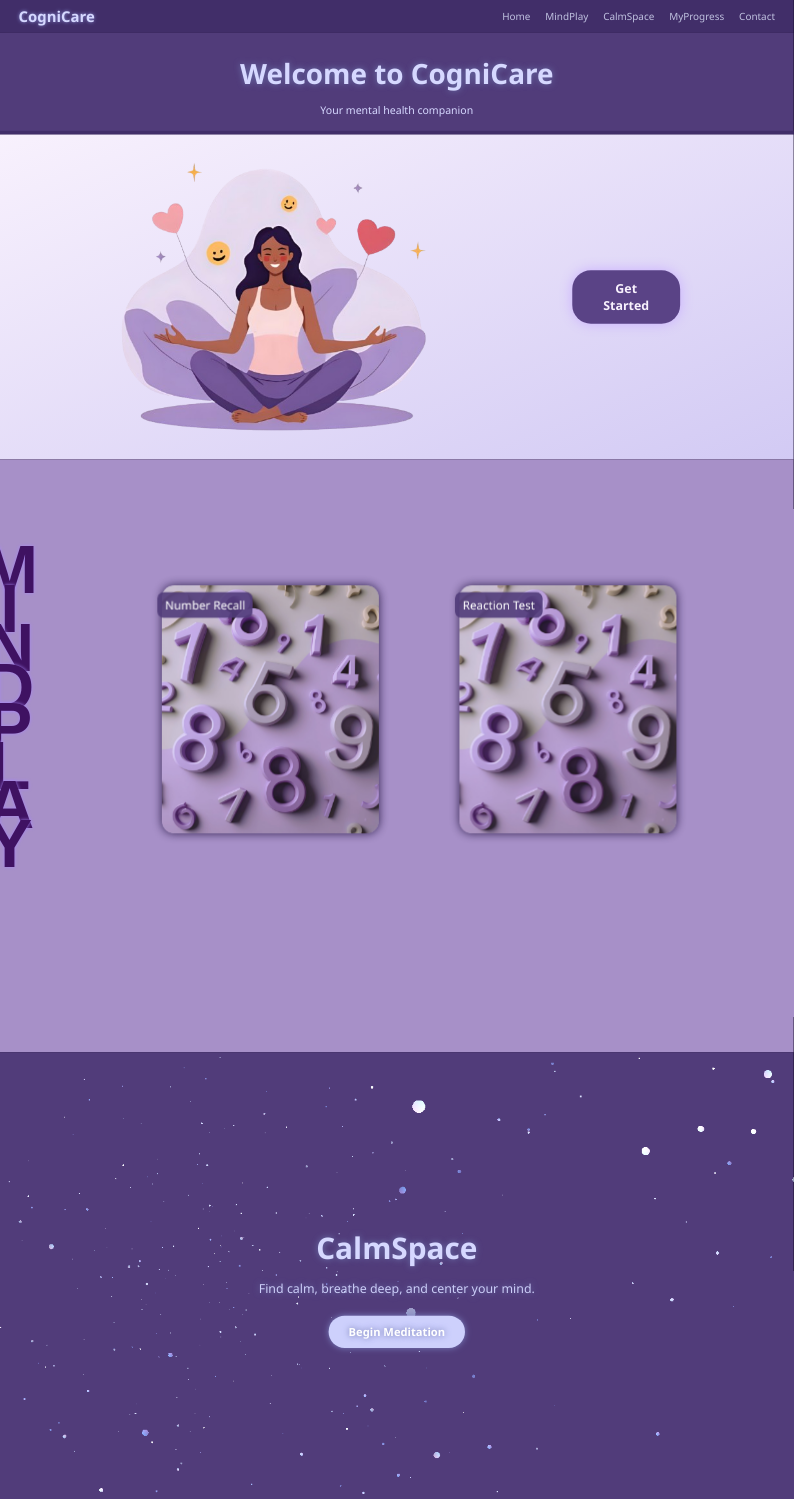
Repository: rujularaut/CogniCare
Page: /
These files come from the project's save history. The page is drawn as it stood at one moment and after the next save; the edit follows.
The browser window is 1280 px wide. The pictures show the whole page, at 62% of full size.
The project was rebuilt for these pictures with package versions that can differ from the ones it lists, and the page was loaded fresh each time. Also part of the build but not shown: src/components/MeditationRoom.css, src/components/Signup.css, src/components/Signup.js, src/components/Login.css, src/components/Login.js, src/components/Stepper.css, src/components/Stepper.jsx, src/components/SignupStepper.css and 3 more.

Above is the page before, as saved 2025-06-25 14:49:38.

### public/index.html
<!DOCTYPE html>
<html lang="en">
  <head>
    <link href="https://fonts.googleapis.com/css2?family=Anton:wght@500&display=swap" rel="stylesheet">

    <meta charset="utf-8" />
    <link rel="icon" href="%PUBLIC_URL%/favicon.ico" />
    <meta name="viewport" content="width=device-width, initial-scale=1" />
    <meta name="theme-color" content="#000000" />
    <meta
      name="description"
      content="Web site created using create-react-app"
    />
    <link rel="apple-touch-icon" href="%PUBLIC_URL%/logo192.png" />
    <!--
      manifest.json provides metadata used when your web app is installed on a
      user's mobile device or desktop. See https://developers.google.com/web/fundamentals/web-app-manifest/
    -->
    <link rel="manifest" href="%PUBLIC_URL%/manifest.json" />
    <!--
      Notice the use of %PUBLIC_URL% in the tags above.
      It will be replaced with the URL of the `public` folder during the build.
      Only files inside the `public` folder can be referenced from the HTML.

      Unlike "/favicon.ico" or "favicon.ico", "%PUBLIC_URL%/favicon.ico" will
      work correctly both with client-side routing and a non-root public URL.
      Learn how to configure a non-root public URL by running `npm run build`.
    -->
    <title>React App</title>
  </head>
  <body>
    <noscript>You need to enable JavaScript to run this app.</noscript>
    <div id="root"></div>
    <!--
      This HTML file is a template.
      If you open it directly in the browser, you will see an empty page.

      You can add webfonts, meta tags, or analytics to this file.
      The build step will place the bundled scripts into the <body> tag.

      To begin the development, run `npm start` or `yarn start`.
      To create a production bundle, use `npm run build` or `yarn build`.
    -->
  </body>
</html>

### src/App.js
import { useLocation } from 'react-router-dom';
import { useEffect } from 'react';
import MindPlay from './components/MindPlay';

import React from 'react';
import { BrowserRouter as Router, Routes, Route } from 'react-router-dom';
import './App.css';
import Welcome from './components/Welcome';
import Meditation from './components/Meditation';
import Signup from './components/Signup';
import Login from './components/Login';
import SignupStepper from './components/SignupStepper';
import MeditationRoom from './components/MeditationRoom';

function ScrollToSection() {
  const location = useLocation();

  useEffect(() => {
    const fromMeditationRoom = document.referrer.includes('/meditationroom');
    const hasHash = location.hash;

    if (hasHash && fromMeditationRoom) {
      const section = document.querySelector(location.hash);
      if (section) {
        setTimeout(() => {
          section.scrollIntoView({ behavior: 'smooth' });
        }, 0);
      }
    }
  }, [location]);

  return null;
}


function App() {
  return (
    <Router>
  <div className="App">
    <ScrollToSection />  {/*this triggers scroll to #id on navigation */}

    <nav>
      <div className="logo">CogniCare</div>
      <ul>
        <li><a href="/">Home</a></li>
        <li><a href="#">MindPlay</a></li>
        <li><a href="#calmspace-section">CalmSpace</a></li>
        <li><a href="#">MyProgress</a></li>
        <li><a href="#">Contact</a></li>
      </ul>
    </nav>

    <Routes>
    <Route path="/" element={
  <>
    <header>
      <h1>Welcome to CogniCare</h1>
      <p>Your mental health companion</p>
    </header>
    <Welcome />

    {/* 🧠 Insert MindPlay here */}
    <MindPlay />

    <div id="calmspace-section">
      <Meditation />
    </div>
  </>
} />

      <Route path="/signup" element={<SignupStepper />} />
      <Route path="/signup" element={<Signup />} />
      <Route path="/login" element={<Login />} />
      <Route path="/meditationroom" element={<MeditationRoom />} />
    </Routes>
  </div>
</Router>

  );
}

export default App;

### src/components/MindPlay.js
import React, { useRef } from 'react';
import './MindPlay.css';
import DecryptedText from './DecryptedText';
import { motion, useInView } from 'framer-motion';
import TiltedCard from './TiltedCard';
import recallImg from '../assets/recall.png';
import reactionImg from '../assets/reaction.png';

const MindPlay = () => {
  const ref = useRef(null);
  const isInView = useInView(ref, { once: true, margin: '-100px' });

  return (
    <section className="mindplay-section" ref={ref}>
      <div className="mindplay-layout">

        {/* Left: Title */}
        <motion.div
          className="vertical-decrypt"
          initial={{ opacity: 0, y: 100 }}
          animate={isInView ? { opacity: 1, y: 0 } : {}}
          transition={{ duration: 1.5, ease: 'easeOut' }}
        >
          <DecryptedText
            text="MINDPLAY"
            animateOn={isInView ? 'hover' : 'none'}
            revealDirection="center"
            speed={250}
            maxIterations={50}
            sequential={true}
            className="revealed"
            encryptedClassName="encrypted"
          />
        </motion.div>

        {/* Right: Game Cards */}
        <div className="mindplay-cards">
          <TiltedCard
            imageSrc={recallImg}
            altText="Number Recall Game"
            captionText="Click to play"
            containerHeight="400px"
            containerWidth="370px"
            imageHeight="400px"
            imageWidth="350px"
            rotateAmplitude={12}
            scaleOnHover={1.1}
            showTooltip={true}
            displayOverlayContent={true}
            overlayContent={<p className="tilted-card-demo-text">Number Recall</p>}
          />

          <TiltedCard
            imageSrc={reactionImg}
            altText="Reaction Game"
            captionText="Click to play"
            containerHeight="400px"
            containerWidth="370px"
            imageHeight="400px"
            imageWidth="350px"
            rotateAmplitude={12}
            scaleOnHover={1.1}
            showTooltip={true}
            displayOverlayContent={true}
            overlayContent={<p className="tilted-card-demo-text">Reaction Test</p>}
          />
        </div>

      </div>
    </section>
  );
};

export default MindPlay;

### src/App.css
body {
  margin: 0;
  padding: 0;
  font-family: 'Segoe UI', sans-serif;
  background-color: #0a001a;
  color: #d6d8ff;
}

nav {
  background-color: #412e69;
  color: #d6d8ff;
  display: flex;
  justify-content: space-between;
  align-items: center;
  padding: 10px 30px;
  box-shadow: 0 0 15px #a9b0ff20;
}

.logo {
  font-size: 24px;
  font-weight: bold;
  color: #d6d8ff;
  text-shadow: 0 0 6px #8b92d7;
}

nav ul {
  list-style: none;
  display: flex;
  gap: 24px;
  margin: 0;
  padding: 0;
}

nav ul li a {
  text-decoration: none;
  color: #c0c2e0;
  font-weight: 500;
  transition: color 0.3s ease;
}

nav ul li a:hover {
  color: #f7c258;
  text-shadow: 0 0 6px #a9b0ff;
}

header {
  background-color: #513c7a;
  padding: 5px;
  text-align: center;
  border-bottom: 6px solid #412e69;
}

h1 {
  margin-bottom: 10px;
  font-size: 45px;
  color: #d6d8ff;
  text-shadow: 0 0 10px #6c72ac;
}

p {
  font-size: 17px;
  color: #d6d8ff;
}

### src/components/Welcome.js
import React from 'react';
import './Welcome.css';
import welcomeImg from '../assets/welcome.png';
import { Link } from 'react-router-dom';

const Welcome = () => {
  return (
    <section className="welcome">
      <div className="welcome-content">
        <img src={welcomeImg} alt="Welcome Illustration" className="welcome-img" />
        <Link to="/signup" className="start-btn">Get Started</Link> {/* ✅ Fixed */}
      </div>
    </section>
  );
};

export default Welcome;

### src/components/Meditation.js
import React from 'react';
import Particles from './Particles';
import './Meditation.css';
import { Link } from 'react-router-dom';
import './MeditationRoom.css';


const Meditation = () => {
  return (
    <section className="meditation-section">
      <Particles
        particleColors={['#cdd0fc', '#a9b0ff']}
        particleCount={680}
        particleSpread={11}
        speed={0.1}
        particleBaseSize={100}
        moveParticlesOnHover={false}
        alphaParticles={false}
      />
      <div className="meditation-content">
        <h2>CalmSpace</h2>
        <p>Find calm, breathe deep, and center your mind.</p>
        <Link to="/meditationroom" className="meditate-btn">Begin Meditation</Link>
      </div>
    </section>
  );
};

export default Meditation;

### src/components/MindPlay.css
.mindplay-section {
  padding: 80px 40px;
  background-color: #a790c8;
  color: #e1c3f8;
  position: relative;
}

.mindplay-layout {
  display: flex;
  align-items: center;
  justify-content: center;
  gap: 80px;
  flex-wrap: wrap;
  min-height: 100vh;
}

.vertical-decrypt {
  writing-mode: vertical-rl;
  text-orientation: upright;
  font-family: 'Anton', sans-serif;
  font-size: 50px;
  font-weight: 900;
  letter-spacing: 0px;
  line-height: 1.2;
  color: #3f1262;
  text-shadow: 0 0 15px #d2c7ec;
  cursor: pointer;
  display: flex;
  align-items:center;
  justify-content:center;
  height: 80vh;
  padding: 0px 10px;
  margin-bottom: 220px;
  margin-left: -190px;
}

.mindplay-cards {
  display: flex;
  gap: 30px;
  flex-wrap: wrap;
  justify-content: center;
  align-items: center;
  margin-top: 0;
  margin-bottom: 150px;
  margin-left: 50px; /* 👈 pushes the cards upward */
}


.revealed {
  font-size: 110px;
  letter-spacing: -60px;
  font-weight: 900;
  color: #3f1262;
  text-shadow: 0 0 6px #a685f2;
}

.encrypted {
  font-size: 55px;
  font-weight: 900;
  color: #cdbcf2;
  opacity: 0.5;
}

.tilted-card-demo-text {
  font-size: 18px;
  color: #ffffff;
  background-color: rgba(81, 60, 122, 0.9);
  padding: 8px 12px;
  border-radius: 10px;
  text-align: center;
}

### src/components/DecryptedText.js
import { useEffect, useState, useRef } from 'react'
import { motion } from 'framer-motion'

const styles = {
  wrapper: {
    display: 'inline-block',
    whiteSpace: 'pre-wrap',
  },
  srOnly: {
    position: 'absolute',
    width: '1px',
    height: '1px',
    padding: 0,
    margin: '-1px',
    overflow: 'hidden',
    clip: 'rect(0,0,0,0)',
    border: 0,
  },
}

export default function DecryptedText({
  text,
  speed = 50,
  maxIterations = 10,
  sequential = false,
  revealDirection = 'start',
  useOriginalCharsOnly = false,
  characters = 'ABCDEFGHIJKLMNOPQRSTUVWXYZabcdefghijklmnopqrstuvwxyz!@#$%^&*()_+',
  className = '',
  parentClassName = '',
  encryptedClassName = '',
  animateOn = 'hover',
  ...props
}) {
  const [displayText, setDisplayText] = useState(text);
  const [isHovering, setIsHovering] = useState(false);
  const [isScrambling, setIsScrambling] = useState(false);
  const [revealedIndices, setRevealedIndices] = useState(new Set());
  const [hasAnimated, setHasAnimated] = useState(false);
  const containerRef = useRef(null);

  useEffect(() => {
    let interval
    let currentIteration = 0

    const getNextIndex = (revealedSet) => {
      const textLength = text.length
      switch (revealDirection) {
        case 'start':
          return revealedSet.size
        case 'end':
          return textLength - 1 - revealedSet.size
        case 'center': {
          const middle = Math.floor(textLength / 2)
          const offset = Math.floor(revealedSet.size / 2)
          const nextIndex =
            revealedSet.size % 2 === 0
              ? middle + offset
              : middle - offset - 1

          if (nextIndex >= 0 && nextIndex < textLength && !revealedSet.has(nextIndex)) {
            return nextIndex
          }

          for (let i = 0; i < textLength; i++) {
            if (!revealedSet.has(i)) return i
          }
          return 0
        }
        default:
          return revealedSet.size
      }
    }

    const availableChars = useOriginalCharsOnly
      ? Array.from(new Set(text.split(''))).filter((char) => char !== ' ')
      : characters.split('')

    const shuffleText = (originalText, currentRevealed) => {
      if (useOriginalCharsOnly) {
        const positions = originalText.split('').map((char, i) => ({
          char,
          isSpace: char === ' ',
          index: i,
          isRevealed: currentRevealed.has(i),
        }))

        const nonSpaceChars = positions
          .filter((p) => !p.isSpace && !p.isRevealed)
          .map((p) => p.char)

        for (let i = nonSpaceChars.length - 1; i > 0; i--) {
          const j = Math.floor(Math.random() * (i + 1))
            ;[nonSpaceChars[i], nonSpaceChars[j]] = [nonSpaceChars[j], nonSpaceChars[i]]
        }

        let charIndex = 0
        return positions
          .map((p) => {
            if (p.isSpace) return ' '
            if (p.isRevealed) return originalText[p.index]
            return nonSpaceChars[charIndex++]
          })
          .join('')
      } else {
        return originalText
          .split('')
          .map((char, i) => {
            if (char === ' ') return ' '
            if (currentRevealed.has(i)) return originalText[i]
            return availableChars[Math.floor(Math.random() * availableChars.length)]
          })
          .join('')
      }
    }

    if (isHovering) {
      setIsScrambling(true)
      interval = setInterval(() => {
        setRevealedIndices((prevRevealed) => {
          if (sequential) {
            if (prevRevealed.size < text.length) {
              const nextIndex = getNextIndex(prevRevealed)
              const newRevealed = new Set(prevRevealed)
              newRevealed.add(nextIndex)
              setDisplayText(shuffleText(text, newRevealed))
              return newRevealed
            } else {
              clearInterval(interval)
              setIsScrambling(false)
              return prevRevealed
            }
          } else {
            setDisplayText(shuffleText(text, prevRevealed))
            currentIteration++
            if (currentIteration >= maxIterations) {
              clearInterval(interval)
              setIsScrambling(false)
              setDisplayText(text)
            }
            return prevRevealed
          }
        })
      }, speed)
    } else {
      setDisplayText(text)
      setRevealedIndices(new Set())
      setIsScrambling(false)
    }

    return () => {
      if (interval) clearInterval(interval)
    }
  }, [
    isHovering,
    text,
    speed,
    maxIterations,
    sequential,
    revealDirection,
    characters,
    useOriginalCharsOnly,
  ])

  useEffect(() => {
    if (animateOn !== 'view') return

    const observerCallback = (entries) => {
      entries.forEach((entry) => {
        if (entry.isIntersecting && !hasAnimated) {
          setIsHovering(true)
          setHasAnimated(true)
        }
      })
    }

    const observerOptions = {
      root: null,
      rootMargin: '0px',
      threshold: 0.1,
    }

    const observer = new IntersectionObserver(observerCallback, observerOptions)
    const currentRef = containerRef.current
    if (currentRef) {
      observer.observe(currentRef)
    }

    return () => {
      if (currentRef) {
        observer.unobserve(currentRef)
      }
    }
  }, [animateOn, hasAnimated])

  const hoverProps =
    animateOn === 'hover'
      ? {
        onMouseEnter: () => setIsHovering(true),
        onMouseLeave: () => setIsHovering(false),
      }
      : {}

  return (
    <motion.span className={parentClassName} ref={containerRef} style={styles.wrapper} {...hoverProps} {...props}>
      <span style={styles.srOnly}>{displayText}</span>

      <span aria-hidden="true">
        {displayText.split('').map((char, index) => {
          const isRevealedOrDone =
            revealedIndices.has(index) || !isScrambling || !isHovering

          return (
            <span
              key={index}
              className={isRevealedOrDone ? className : encryptedClassName}
            >
              {char}
            </span>
          )
        })}
      </span>
    </motion.span>
  )
}

### src/components/TiltedCard.js
import './TiltedCard.css';

import { useRef, useState } from "react";
import { motion, useMotionValue, useSpring } from "framer-motion";
import "./TiltedCard.css";

const springValues = {
  damping: 30,
  stiffness: 100,
  mass: 2,
};

export default function TiltedCard({
  imageSrc,
  altText = "Tilted card image",
  captionText = "",
  containerHeight = "300px",
  containerWidth = "100%",
  imageHeight = "300px",
  imageWidth = "300px",
  scaleOnHover = 1.1,
  rotateAmplitude = 14,
  showMobileWarning = true,
  showTooltip = true,
  overlayContent = null,
  displayOverlayContent = false,
}) {
  const ref = useRef(null);

  const x = useMotionValue();
  const y = useMotionValue();
  const rotateX = useSpring(useMotionValue(0), springValues);
  const rotateY = useSpring(useMotionValue(0), springValues);
  const scale = useSpring(1, springValues);
  const opacity = useSpring(0);
  const rotateFigcaption = useSpring(0, {
    stiffness: 350,
    damping: 30,
    mass: 1,
  });

  const [lastY, setLastY] = useState(0);

  function handleMouse(e) {
    if (!ref.current) return;

    const rect = ref.current.getBoundingClientRect();
    const offsetX = e.clientX - rect.left - rect.width / 2;
    const offsetY = e.clientY - rect.top - rect.height / 2;

    const rotationX = (offsetY / (rect.height / 2)) * -rotateAmplitude;
    const rotationY = (offsetX / (rect.width / 2)) * rotateAmplitude;

    rotateX.set(rotationX);
    rotateY.set(rotationY);

    x.set(e.clientX - rect.left);
    y.set(e.clientY - rect.top);

    const velocityY = offsetY - lastY;
    rotateFigcaption.set(-velocityY * 0.6);
    setLastY(offsetY);
  }

  function handleMouseEnter() {
    scale.set(scaleOnHover);
    opacity.set(1);
  }

  function handleMouseLeave() {
    opacity.set(0);
    scale.set(1);
    rotateX.set(0);
    rotateY.set(0);
    rotateFigcaption.set(0);
  }

  return (
    <figure
      ref={ref}
      className="tilted-card-figure"
      style={{
        height: containerHeight,
        width: containerWidth,
      }}
      onMouseMove={handleMouse}
      onMouseEnter={handleMouseEnter}
      onMouseLeave={handleMouseLeave}
    >
      {showMobileWarning && (
        <div className="tilted-card-mobile-alert">
          This effect is not optimized for mobile. Check on desktop.
        </div>
      )}

      <motion.div
        className="tilted-card-inner"
        style={{
          width: imageWidth,
          height: imageHeight,
          rotateX,
          rotateY,
          scale,
        }}
      >
        <motion.img
          src={imageSrc}
          alt={altText}
          className="tilted-card-img"
          style={{
            width: imageWidth,
            height: imageHeight,
          }}
        />

        {displayOverlayContent && overlayContent && (
          <motion.div
            className="tilted-card-overlay"
          >
            {overlayContent}
          </motion.div>
        )}
      </motion.div>

      {showTooltip && (
        <motion.figcaption
          className="tilted-card-caption"
          style={{
            x,
            y,
            opacity,
            rotate: rotateFigcaption,
          }}
        >
          {captionText}
        </motion.figcaption>
      )}
    </figure>
  );
}

### src/components/Welcome.css
.welcome {
  height: 70vh;
  display: flex;
  align-items: center;
  justify-content: center;
  background: linear-gradient(to bottom right, #f8f1fd, #d2caf4);
  text-align: center;
  padding: 10px;
}

.welcome-content {
  display: flex;
  flex-direction: row;
  align-items: center;
  gap: 220px;
}

.welcome-img {
  max-width: 520px;
  width: 100%;
  height: auto;
  animation: fadeIn 1.5s ease;
}

.start-btn {
  background-color: #5a4386;
  color: #f8f1fd;
  padding: 16px 40px;
  border-radius: 30px;
  text-decoration: none;
  font-weight: bold;
  font-size: 20px;
  transition: background-color 0.3s ease, transform 0.2s ease;
  box-shadow: 0 0 20px #cab0ff;
}

.start-btn:hover {
  background-color: #fbb967;
  transform: scale(1.05);
}

@keyframes fadeIn {
  from { opacity: 0; transform: translateY(20px); }
  to { opacity: 1; transform: translateY(0); }
}

### src/components/Meditation.css
.meditation-section {
  position: relative;
  width: 100%;
  height: 100vh;
  overflow: hidden;
  background-color: #513c7a;
  display: flex;
  justify-content: center;
  align-items: center;
  text-align: center;
}

.meditation-content {
  position: relative;
  z-index: 1;
  color: #d6d8ff;
  text-shadow: 0 0 10px #6c72ac;
}

.meditation-content h2 {
  font-size: 48px;
  margin-bottom: 10px;
}

.meditation-content p {
  font-size: 20px;
  margin-bottom: 30px;
  color: #cccef8;
}


.meditate-btn {
  text-decoration: none;
  color: #fff;
  background-color: #cdd0fc;
  padding: 14px 32px;
  border-radius: 30px;
  font-size: 18px;
  font-weight: bold;
  box-shadow: 0 0 10px #7b82c0;
  transition: background-color 0.3s ease, transform 0.2s ease;
  display: inline-block;
}

.meditate-btn:hover {
  background-color: #dcdeff;
  color: #744fab;
  transform: scale(1.05);
  text-decoration: none;
}

### src/components/TiltedCard.css
.tilted-card-figure {
  position: relative;
  width: 100%;
  height: 100%;
  perspective: 800px;
  display: flex;
  flex-direction: column;
  align-items: top;
  justify-content: center;
}

.tilted-card-mobile-alert {
  position: absolute;
  top: 1rem;
  text-align: center;
  font-size: 0.875rem;
  display: none;
}

@media (max-width: 640px) {
  .tilted-card-mobile-alert {
    display: block;
  }
  .tilted-card-caption {
    display: none;
  }
}

.tilted-card-inner {
  position: relative;
  transform-style: preserve-3d;
}

.tilted-card-img {
  position: absolute;
  top: 50;
  left: 0;
  object-fit: cover;
  border-radius: 20px;
  will-change: transform;
  transform: translateZ(0);
  box-shadow: 0 0 15px #31224e;
}

.tilted-card-img:hover {
  filter: brightness(1.1) saturate(1.2);
  box-shadow: 0 0 15px #ffdca3;
  transition: all 0.3s ease;
}


.tilted-card-overlay {
  position: absolute;
  top: 0;
  left: 0;
  z-index: 2;
  will-change: transform;
  transform: translateZ(30px);
}

.tilted-card-caption {
  pointer-events: none;
  position: absolute;
  left: 0;
  top: 0;
  border-radius: 4px;
  background-color: #745f99;
  padding: 4px 10px;
  font-size: 15px;
  color: #f6eaff;
  opacity: 0;
  z-index: 3;
}

### src/components/Particles.css
.particles-container {
  position: absolute;
  width: 100%;
  height: 100%;
  z-index: 0;
}

Loaded but not shown: src/index.js (common file); src/index.css (common file); src/components/Particles.js (230 lines, source omitted)

After the next save:
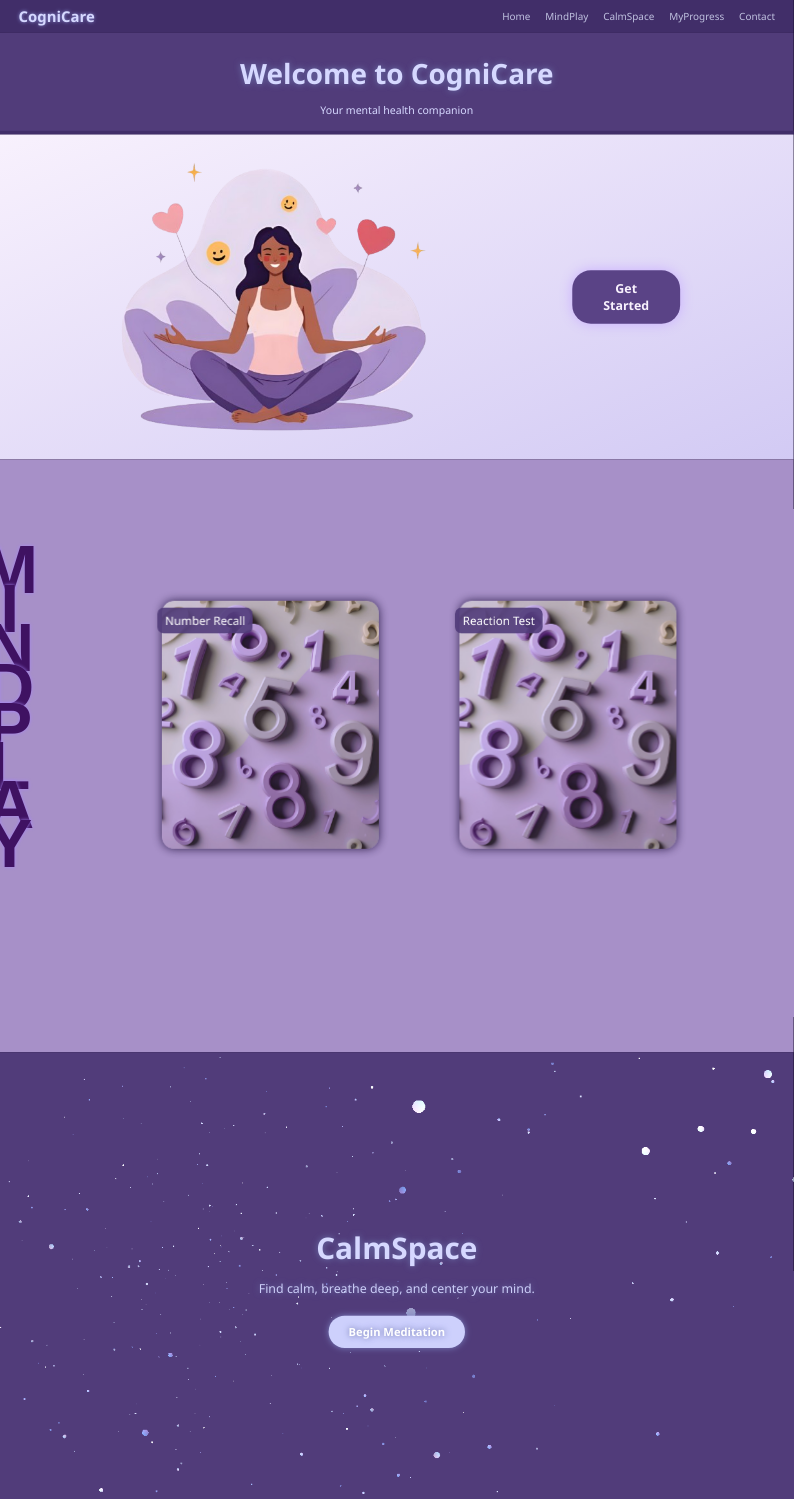
Saved 11 s later.
--- a/src/components/MindPlay.css
+++ b/src/components/MindPlay.css
@@ -41,7 +41,7 @@
   justify-content: center;
   align-items: center;
   margin-top: 0;
-  margin-bottom: 150px;
+  margin-bottom: 100px;
   margin-left: 50px; /* 👈 pushes the cards upward */
 }
 
